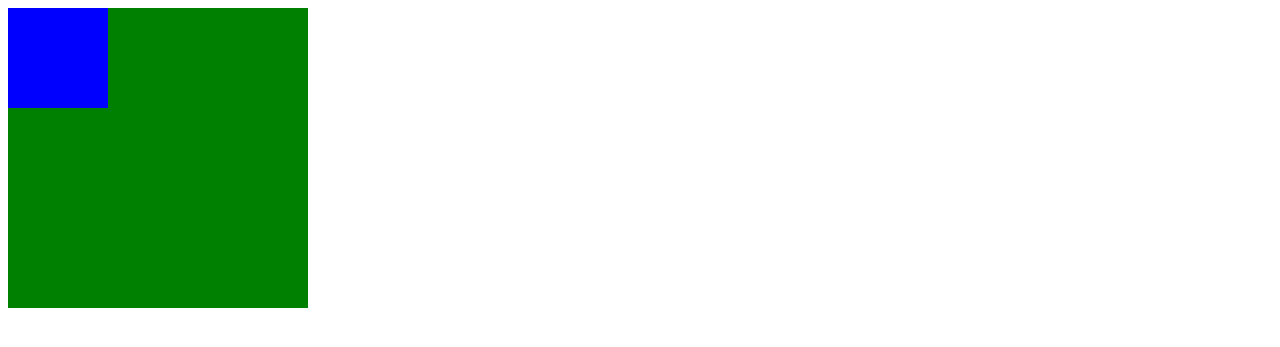
Repository: yofuu/caravan-chapter4
Page: box/box.html
The author's editor kept a record of every edit. The page is drawn from the files as they stood at one moment, then again after the next edit.
The browser window is 1280 px wide. The pictures show the whole page.

Above is the page before.

After the next edit:
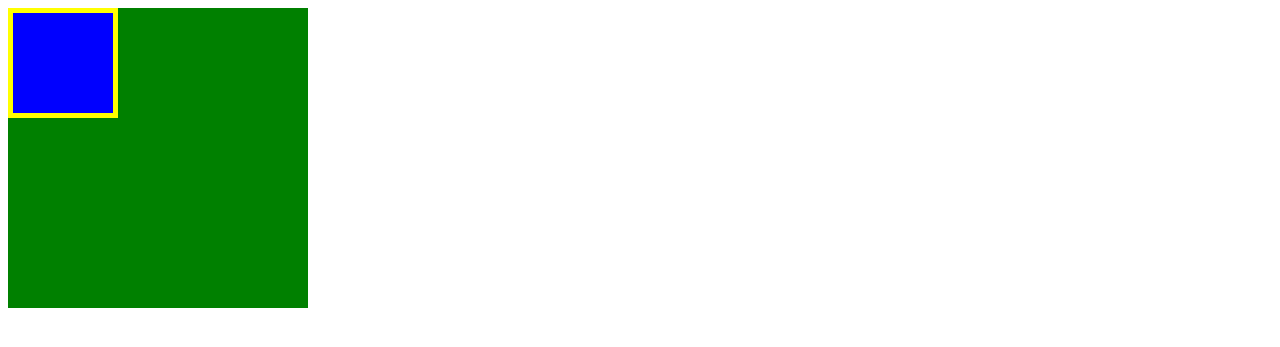
The edit:
--- a/box/box.css
+++ b/box/box.css
@@ -8,4 +8,6 @@
   width: 100px;
   height: 100px;
   background-color: blue;
+  /*指定方法(box2の周囲すべてに枠線を設定する場合)*/
+  border: 5px solid yellow;
 }
